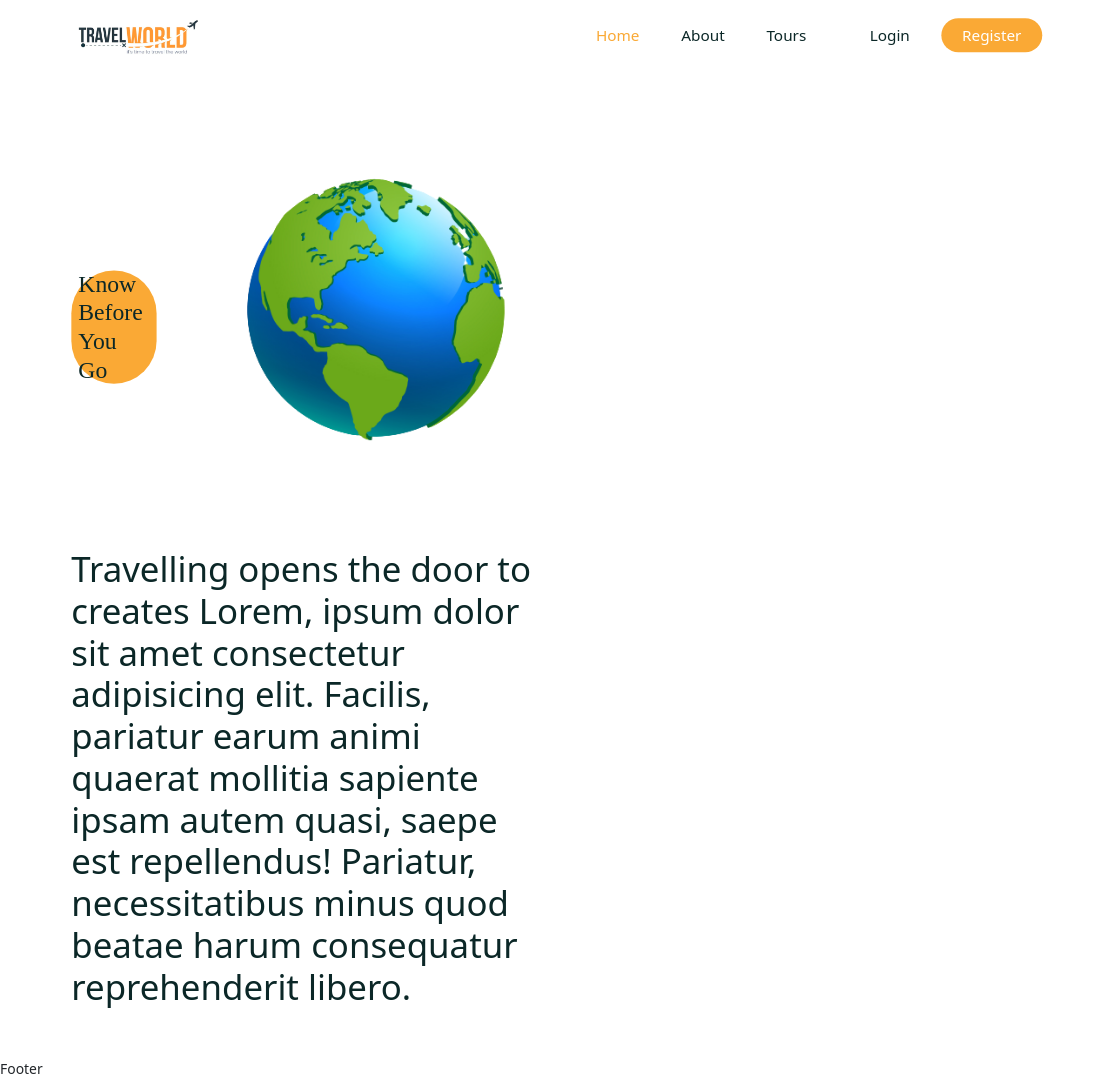
Repository: remydev47/travell-agency
Page: /
An editor plug-in stored every save of this project. The page is shown before and after the next save, followed by the edit.
The browser window is 1280 px wide. The pictures show the whole page, at 87% of full size.
Some web fonts or font styles are not loaded; a fallback is used. The project was rebuilt for these pictures with package versions that can differ from the ones it lists, and the page was loaded fresh each time. Also part of the build but not shown: vite.config.js, src/styles/home.css, src/pages/Login.jsx, src/pages/TourDetails.jsx, src/pages/Tours.jsx, src/pages/SearchResultList.jsx, src/pages/Register.jsx. Imported but missing from the stored project, and not drawn on this page: src/assets/images/hero-video.mp4.

Above is the page before, as saved 2023-01-31 11:47:07.

After the next save:
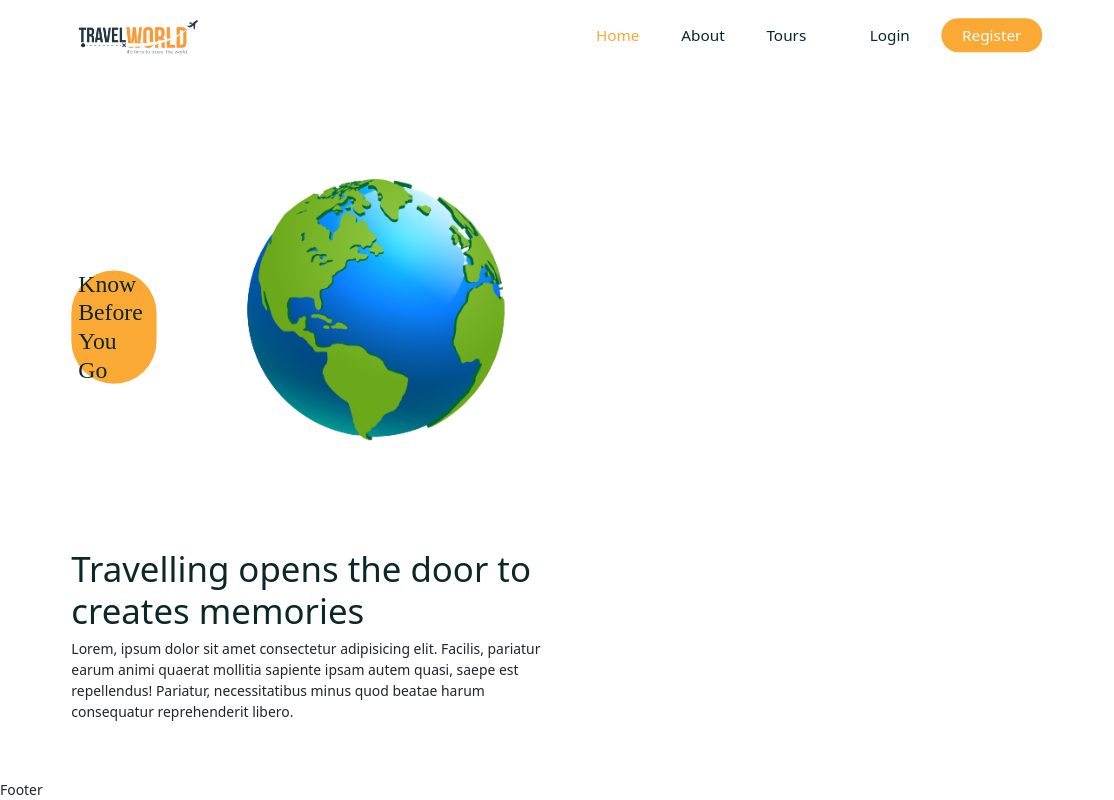
Saved 93 s later.
--- a/src/pages/Home.jsx
+++ b/src/pages/Home.jsx
@@ -19,7 +19,8 @@ const Home = () => {
                 <Subtitle subtitle={'Know Before You Go'}/>
                 <img src={worldImg} alt=''/>
               </div>
-              <h1>Travelling opens the door to creates <span className="highlights">Lorem, ipsum dolor sit amet consectetur adipisicing elit. Facilis, pariatur earum animi quaerat mollitia sapiente ipsam autem quasi, saepe est repellendus! Pariatur, necessitatibus minus quod beatae harum consequatur reprehenderit libero.</span></h1>
+              <h1>Travelling opens the door to creates <span className="highlights">memories</span> </h1>
+              <p className="">Lorem, ipsum dolor sit amet consectetur adipisicing elit. Facilis, pariatur earum animi quaerat mollitia sapiente ipsam autem quasi, saepe est repellendus! Pariatur, necessitatibus minus quod beatae harum consequatur reprehenderit libero.</p>
 
             </div>
           </Col>
